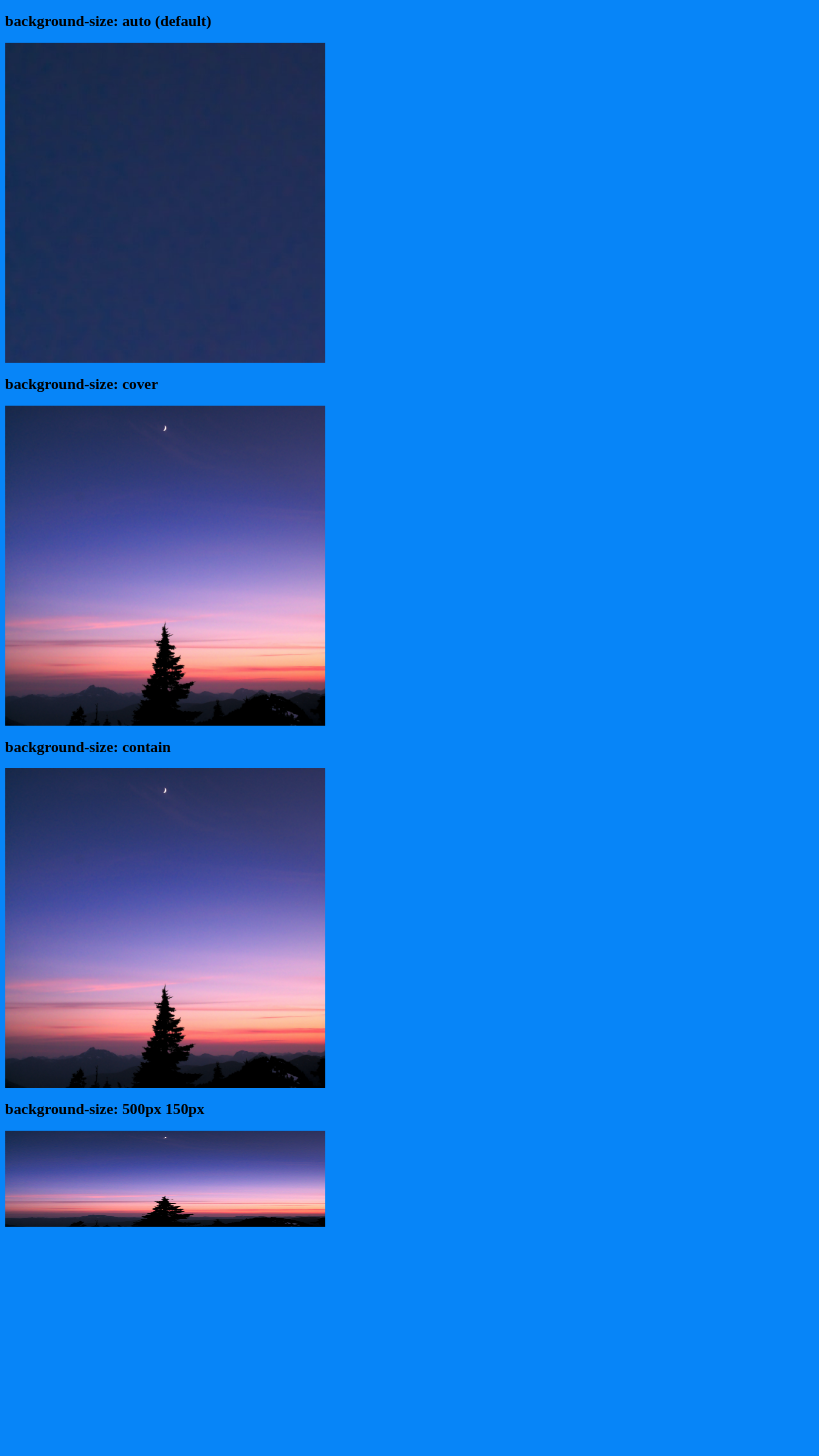
Repository: JeongminHW/Web_study
Page: HTML/myHTML/src/main/webapp/ch07/background-size.html
An editor plug-in stored every save of this project. The page is shown before and after the next save, followed by the edit.
The browser window is 1280 px wide. The pictures show the whole page, at 64% of full size.

Above is the page before, as saved 2024-07-10 07:17:17.

### HTML/myHTML/src/main/webapp/ch07/background-size.html
<!DOCTYPE html>
<html>
<head>
<meta charset="UTF-8">
<title>Insert title here</title>
<link rel="stylesheet" href="mycss1.css">
</head>
<body>
	<h2>background-size: auto (default)</h2>
	<div class="size1"></div>
	<h2>background-size: cover</h2>
	<div class="size2"></div>
	<h2>background-size: contain</h2>
	<div class="size3"></div>
	<h2>background-size: 500px 150px</h2>
	<div class="size4"></div>
</body>
</html>

### HTML/myHTML/src/main/webapp/ch07/mycss1.css
@charset "UTF-8";

body{
	background-color: rgb(7, 133, 248);
}

.size1{
	width:500px;
	height: 500px;
	background: url("img/sky.jpg");
	background-repeat: no-repeat;
	background-size: auto;
}

.size2{
	width:500px;
	height: 500px;
	background: url("img/sky.jpg");
	background-repeat: no-repeat;
	background-size: cover;
}

.size3{
	width:500px;
	height: 500px;
	background: url("img/sky.jpg");
	background-repeat: no-repeat;
	background-size: contain;
}

.size4{
	width:500px;
	height: 500px;
	background: url("img/sky.jpg");
	background-repeat: no-repeat;
	background-size: 500px 150px;
}

After the next save:
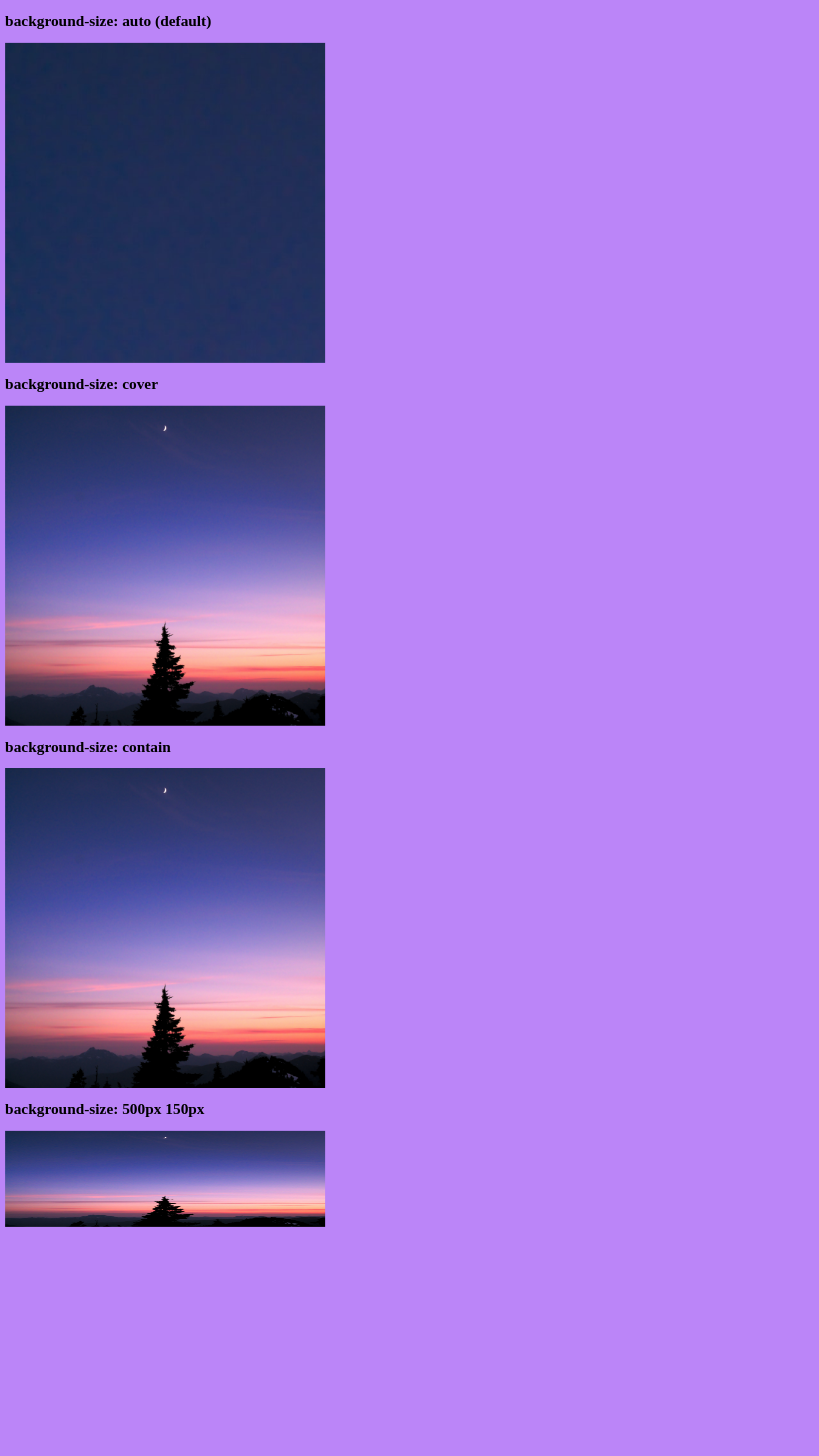
Saved 9 s later.
--- a/HTML/myHTML/src/main/webapp/ch07/mycss1.css
+++ b/HTML/myHTML/src/main/webapp/ch07/mycss1.css
@@ -1,7 +1,7 @@
 @charset "UTF-8";
 
 body{
-	background-color: rgb(7, 133, 248);
+	background-color: rgb(187, 133, 248);
 }
 
 .size1{
